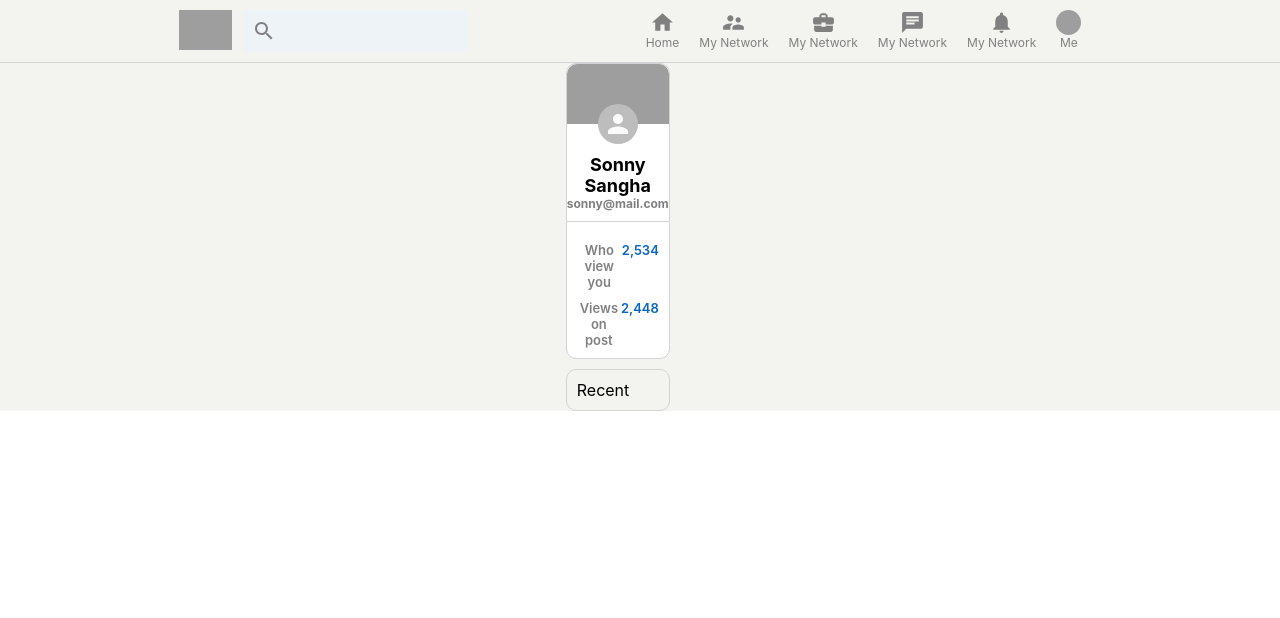
Repository: joaogamarra/linkedin-clone
Page: /
The author's editor kept a copy of each file at every save. The page is drawn from the files as they stood at one save, then again after the next save.
The browser window is 1280 px wide. The pictures show the whole page.
Pictures or frames that could not be fetched are drawn as grey boxes. The project was rebuilt for these pictures with package versions that can differ from the ones it lists, and the page was loaded fresh each time.

Above is the page before, as saved 2021-02-18 23:15:00.

### src/index.js
import React from 'react'
import ReactDOM from 'react-dom'
import './index.css'
import App from './App'

ReactDOM.render(
	<React.StrictMode>
		<App />
	</React.StrictMode>,
	document.getElementById('root')
)

### src/index.css
* {
	margin: 0;
}

body {
	margin: 0;
	font-family: -apple-system, BlinkMacSystemFont, 'Segoe UI', 'Roboto', 'Oxygen', 'Ubuntu', 'Cantarell',
		'Fira Sans', 'Droid Sans', 'Helvetica Neue', sans-serif;
	-webkit-font-smoothing: antialiased;
	-moz-osx-font-smoothing: grayscale;
}

code {
	font-family: source-code-pro, Menlo, Monaco, Consolas, 'Courier New', monospace;
}

### src/App.js
import './App.css'
import Header from './components/header/Header'
import Sidebar from './components/sidebar/Sidebar'

function App() {
	return (
		<div className='App'>
			<Header />
			<div className='app__body'>
				<Sidebar />
			</div>
		</div>
	)
}

export default App

### src/App.css
.App {
	background-color: #f3f3ef;
	display: flex;
	flex-direction: column;
	align-items: center;
}

.app__body {
	display: flex;
}

### src/components/header/Header.js
import './Header.css'
import HeaderOption from './HeaderOption'
import SearchIcon from '@material-ui/icons/Search'
import HomeIcon from '@material-ui/icons/Home'
import SupervisorAccountIcon from '@material-ui/icons/SupervisorAccount'
import BusinessCenterIcon from '@material-ui/icons/BusinessCenter'
import ChatIcon from '@material-ui/icons/Chat'
import NotificationsIcon from '@material-ui/icons/Notifications'

const Header = () => {
	return (
		<div className='header'>
			<div className='header__left'>
				<img src='https://www.flaticon.com/svg/static/icons/svg/174/174857.svg' alt='' />

				<div className='header__search'>
					<SearchIcon />
					<input type='text' />
				</div>
			</div>
			<div className='header__right'>
				<HeaderOption Icon={HomeIcon} title='Home' />
				<HeaderOption Icon={SupervisorAccountIcon} title='My Network' />
				<HeaderOption Icon={BusinessCenterIcon} title='My Network' />
				<HeaderOption Icon={ChatIcon} title='My Network' />
				<HeaderOption Icon={NotificationsIcon} title='My Network' />
				<HeaderOption
					avatar='https://compassionate-leakey-e9b16b.netlify.app/images/IG_Sonny.jpeg'
					title='Me'
				/>
			</div>
		</div>
	)
}

export default Header

### src/components/sidebar/Sidebar.js
import './Sidebar.css'
import { Avatar } from '@material-ui/core'

const Sidebar = () => {
	return (
		<div className='sidebar'>
			<div className='sidebar__top'>
				<img
					src='https://images.unsplash.com/photo-1579546929518-9e396f3cc809?ixid=MXwxMjA3fDB8MHxwaG90by1wYWdlfHx8fGVufDB8fHw%3D&ixlib=rb-1.2.1&auto=format&fit=crop&w=1350&q=80'
					alt=''
				/>
				<Avatar className='sidebar__avatar' />
				<h2>Sonny Sangha</h2>
				<h4>sonny@mail.com</h4>
			</div>

			<div className='sidebar__stats'>
				<div className='sidebar__stat'>
					<p>Who view you</p>
					<p className='sidebar__statNumber'>2,534</p>
				</div>
				<div className='sidebar__stat'>
					<p>Views on post</p>
					<p className='sidebar__statNumber'>2,448</p>
				</div>
			</div>

			<div className='sidebar__bottom'>
				<p>Recent</p>
			</div>
		</div>
	)
}

export default Sidebar

### src/components/header/Header.css
.header {
	position: sticky;
	top: 0;
	display: flex;
	justify-content: space-evenly;
	padding: 10px 0;
	width: 100%;
	border-bottom: 0.1px solid lightgray;
	z-index: 30;
}

.header__left {
	display: flex;
}

.header__left > img {
	object-fit: contain;
	height: 40px;
	margin-right: 10px;
}

.header__search {
	padding: 10px;
	display: flex;
	align-items: center;
	border-radius: 5px;
	height: 22px;
	color: gray;
	background-color: #eef3f8;
}

.header__search > input {
	outline: none;
	border: none;
	background: none;
}

.header__right {
	display: flex;
}

### src/components/header/HeaderOption.js
import './HeaderOption.css'
import { Avatar } from '@material-ui/core'

const HeaderOption = ({ avatar, Icon, title }) => {
	return (
		<div className='headerOption'>
			{Icon && <Icon className='headerOption__icon' />}
			{avatar && <Avatar className='headerOption__icon' src={avatar} />}
			<h3 className='headerOption__title'>{title}</h3>
		</div>
	)
}

export default HeaderOption

### src/components/sidebar/Sidebar.css
.sidebar {
	position: sticky;
	flex: 0.2;
	top: 80px;
	height: fit-content;
	border-radius: 10px;
	text-align: center;
}

.sidebar__avatar {
	margin-bottom: 10px;
}

.sidebar__top > h4 {
	color: gray;
	font-size: 12px;
}

.sidebar__top > h2 {
	font-size: 18px;
}

.sidebar__top {
	display: flex;
	flex-direction: column;
	align-items: center;
	border: 1px solid lightgray;
	border-bottom: 0;
	border-top-left-radius: 10px;
	border-top-right-radius: 10px;
	background-color: white;
	padding-bottom: 10px;
}

.sidebar__top > img {
	margin-bottom: -20px;
	width: 100%;
	height: 60px;
	border-top-left-radius: 10px;
	border-top-right-radius: 10px;
}
.sidebar__stats {
	padding: 10px;
	margin-bottom: 10px;
	border: 1px solid lightgray;
	border-bottom-left-radius: 10px;
	border-bottom-right-radius: 10px;
	background-color: white;
}

.sidebar__stat {
	margin-top: 10px;
	display: flex;
	justify-content: space-between;
}

.sidebar__stat > p {
	color: gray;
	font-size: 13px;
	font-weight: 600;
}

.sidebar__statNumber {
	font-weight: bold;
	color: #0a66c2 !important;
}

.sidebar__bottom {
	text-align: left;
	padding: 10px;
	border: 1px solid lightgray;
	border-radius: 10px;
	margin-top: 10px;
}

### src/components/header/HeaderOption.css
.headerOption {
	display: flex;
	flex-direction: column;
	align-items: center;
	margin-right: 20px;
	color: gray;
	cursor: pointer;
}

.headerOption:hover {
	color: black;
}

.headerOption__title {
	font-size: 12px;
	font-weight: 400;
}

.headerOption__icon {
	object-fit: contain;
	height: 25px !important;
	width: 25px !important;
}

Loaded but not shown: public/index.html (common file)

After the next save:
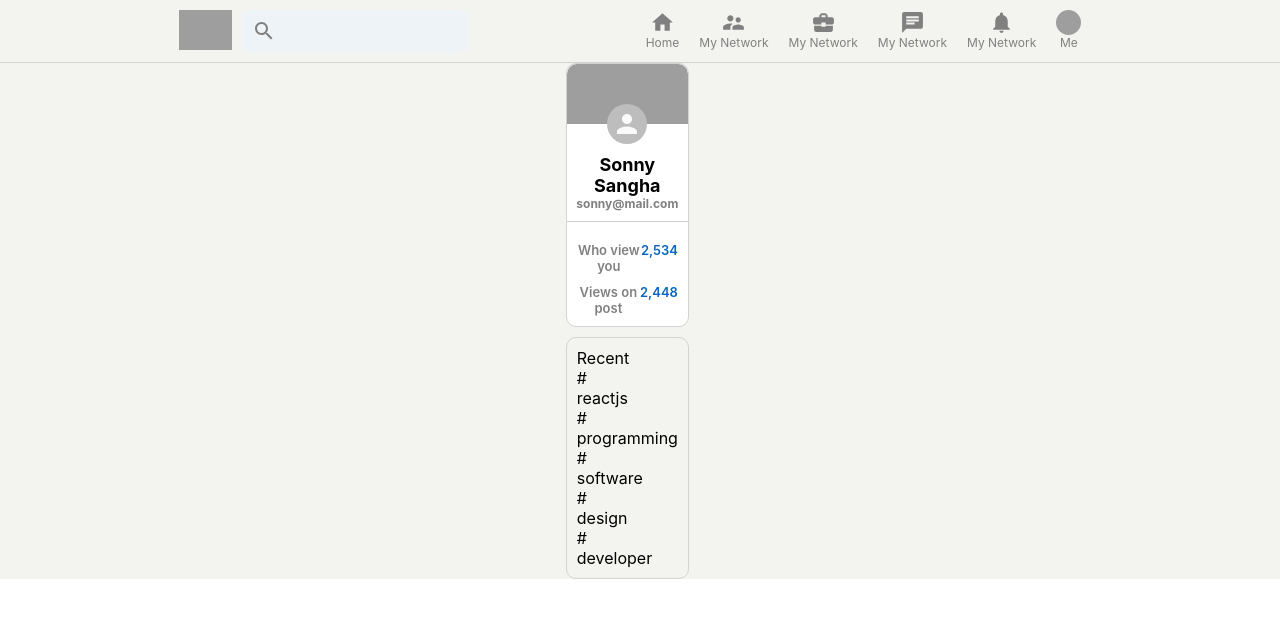
Saved 2 min 50 s later.
--- a/src/components/sidebar/Sidebar.js
+++ b/src/components/sidebar/Sidebar.js
@@ -2,6 +2,13 @@ import './Sidebar.css'
 import { Avatar } from '@material-ui/core'
 
 const Sidebar = () => {
+	const recentItem = (topic) => (
+		<div className='sidebar__recentItem'>
+			<span className='sidebar__hash'>#</span>
+			<p>{topic}</p>
+		</div>
+	)
+
 	return (
 		<div className='sidebar'>
 			<div className='sidebar__top'>
@@ -27,6 +34,11 @@ const Sidebar = () => {
 
 			<div className='sidebar__bottom'>
 				<p>Recent</p>
+				{recentItem('reactjs')}
+				{recentItem('programming')}
+				{recentItem('software')}
+				{recentItem('design')}
+				{recentItem('developer')}
 			</div>
 		</div>
 	)
